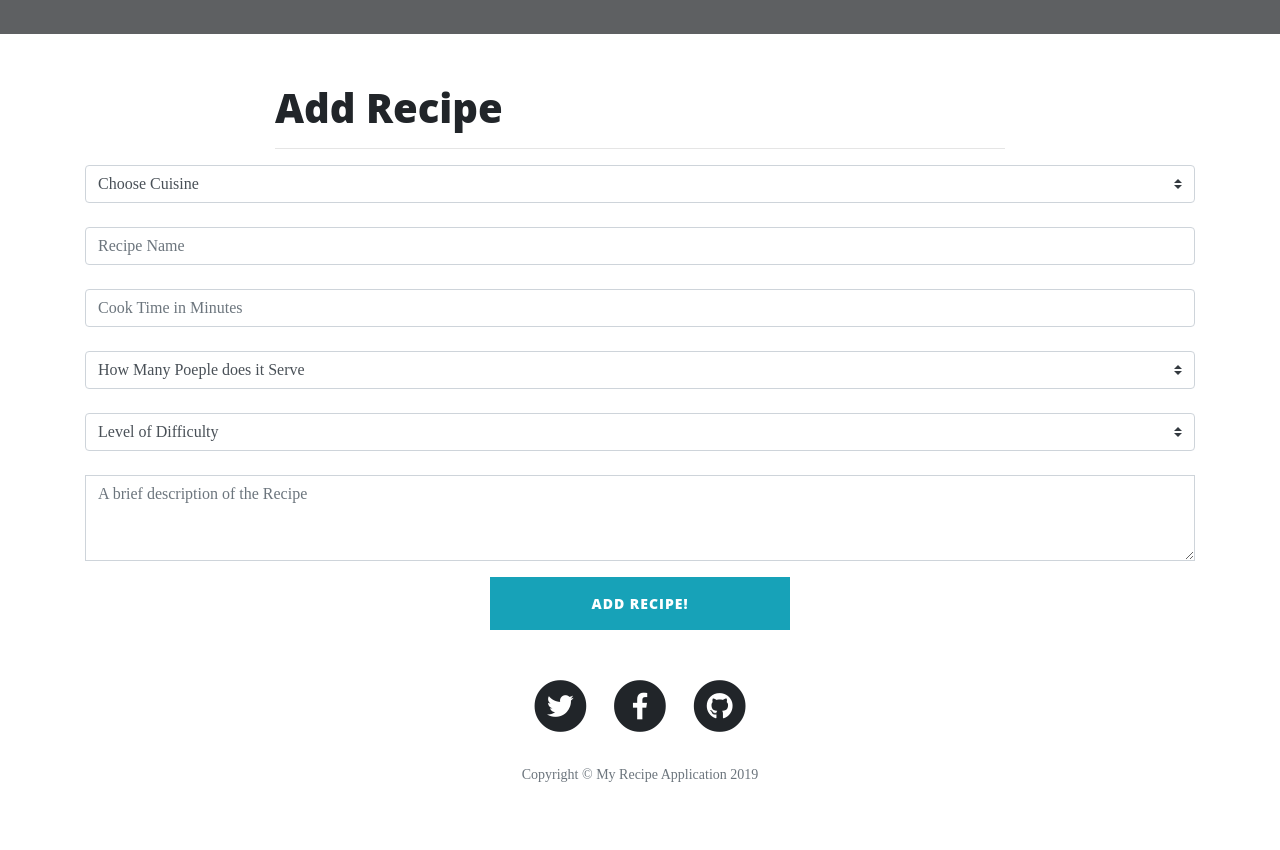
Repository: CapitainHolmes/cookbook-project
Page: http://localhost/add_recipe
The author's editor kept a record of every edit. The page is drawn from the files as they stood at one moment, then again after the next edit.
The browser window is 1280 px wide. The pictures show the part of the page from y = 594 to 1546 px (the page is 1444 px tall before and 1546 px after).
Pictures or frames that could not be fetched are drawn as grey boxes. Some web libraries are served in a nearby version. The page is served by the project's application, run on Flask 3 (app.py). Queries for data that is not in the repository find no rows.

Above is the page before.

After the next edit:
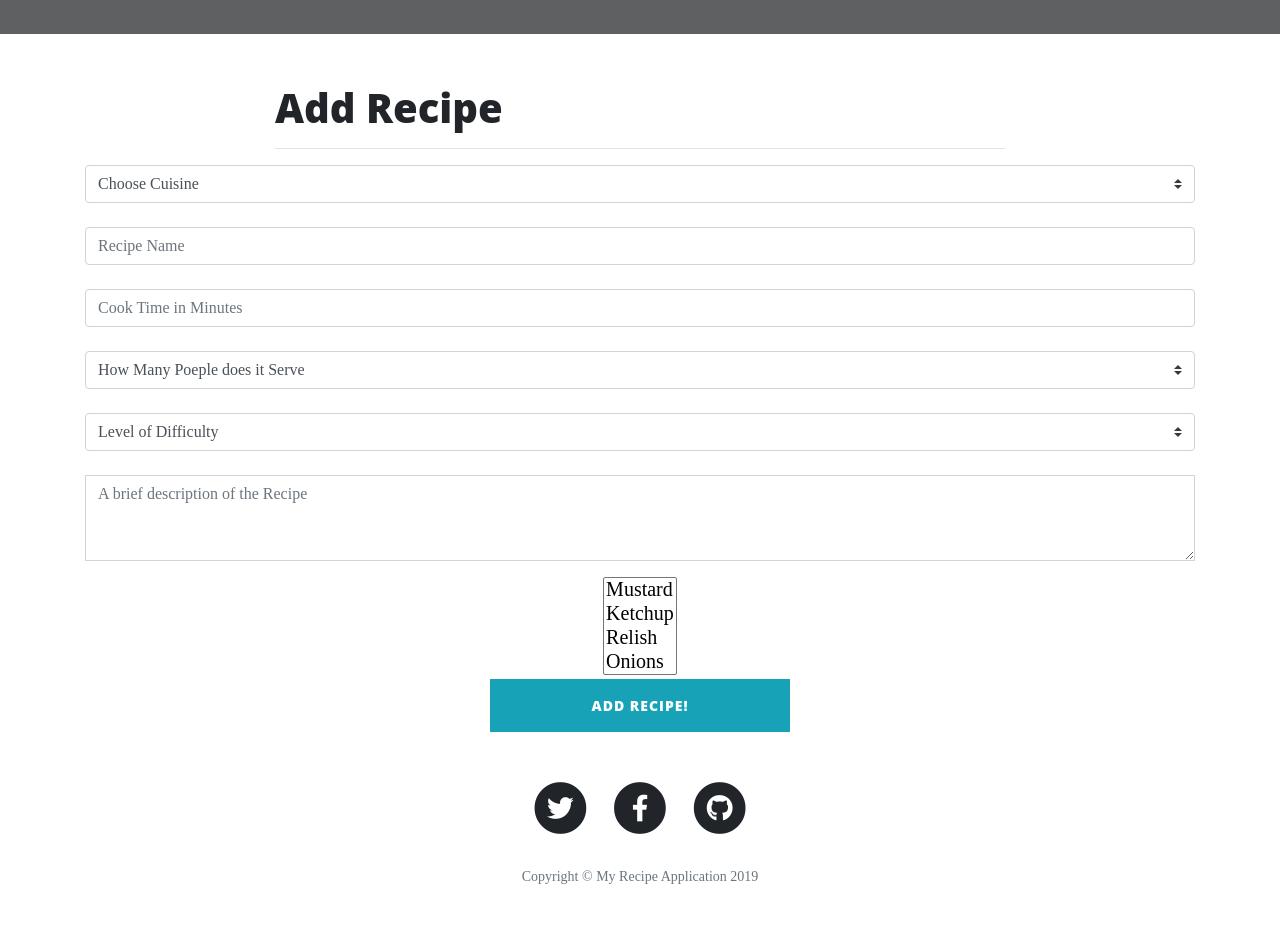
The edit:
--- a/templates/addrecipe.html
+++ b/templates/addrecipe.html
@@ -51,6 +51,13 @@
     <textarea class="form-control rounded-0" id="description" rows="3" placeholder="A brief description of the Recipe"></textarea>
   </div>
 
+  <select class="selectpicker" multiple data-selected-text-format="count > 3">
+  <option>Mustard</option>
+  <option>Ketchup</option>
+  <option>Relish</option>
+  <option>Onions</option>
+</select>
+
   <!-- Send button -->
   <div id="my_centered_buttons">
     <button class="btn btn-info btn-block" type="submit">Add Recipe!</button>
